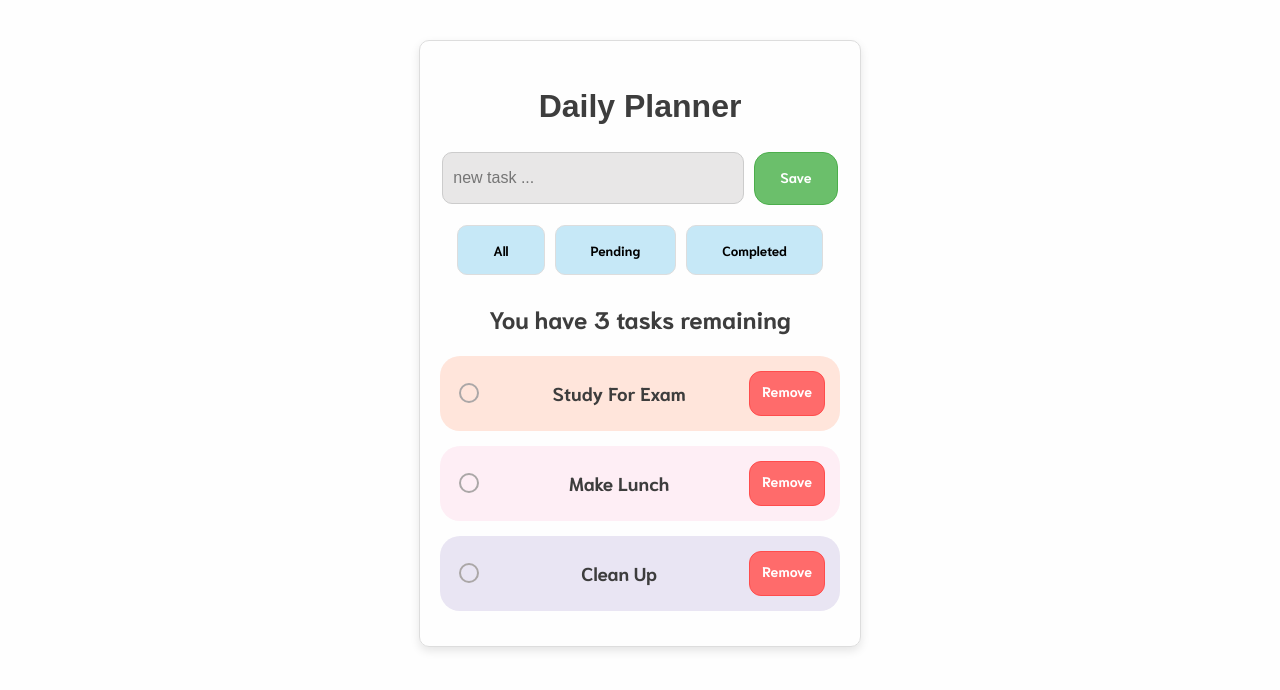
Repository: Zalida-Khan/Frontend-Lab4
Page: /
An editor plug-in stored every save of this project. The page is shown before and after a run of saves, followed by the edit.
The browser window is 1280 px wide. The pictures show the whole page.
Some web fonts or font styles are not loaded; a fallback is used. The project was rebuilt for these pictures with package versions that can differ from the ones it lists, and the page was loaded fresh each time. Also part of the build but not shown: vite.config.js.

Above is the page before, as saved 2024-10-29 23:07:31.

### index.html
<!doctype html>
<html lang="en">

<head>
  <meta charset="UTF-8" />
  <link rel="icon" type="image/svg+xml" href="/vite.svg" />
  <meta name="viewport" content="width=device-width, initial-scale=1.0" />
  <title>Daily Planner</title>
</head>

<body>
  <div id="root"></div>
  <script type="module" src="/src/main.jsx"></script>
</body>

</html>

### src/App.jsx
import "./App.css";
import React, { useState } from "react";
import Task from "./components/Task";
import TaskForm from "./components/TaskForm";

function App() {
  const [tasks, setTasks] = useState([
    { id: 1, text: "Study For Exam", completed: false },
    { id: 2, text: "Make Lunch", completed: false },
    { id: 3, text: "Clean Up", completed: false },
  ]);


  const [filter, setFilter] = useState("All");

  const addTask = (text) =>
    setTasks([...tasks, { id: Date.now(), text, completed: false }]);

  const toggleTask = (id) =>
    setTasks(
      tasks.map((task) =>
        task.id === id ? { ...task, completed: !task.completed } : task
      )
    );

  const removeTask = (id) => setTasks(tasks.filter((task) => task.id !== id));

  const handleFilterChange = (newFilter) => setFilter(newFilter);

  const filteredTasks = tasks.filter((task) => {
    if (filter === "Completed") return task.completed;
    if (filter === "Pending") return !task.completed;
    return true;
  });

  const remainingTasks = tasks.filter((task) => !task.completed).length;

  return (
    <div className="app">
      <header>
        <h1>Daily Planner</h1>
      </header>
      <TaskForm addTask={addTask} />
      <div className="filter-buttons">
        <button onClick={() => handleFilterChange("All")}>All</button>
        <button onClick={() => handleFilterChange("Pending")}>Pending</button>
        <button onClick={() => handleFilterChange("Completed")}>Completed</button>
      </div>
      <h2>
        You have {remainingTasks}{" "}
        {remainingTasks === 1 ? "task" : "tasks"} remaining
      </h2>
      <div className="task-list">
      {filteredTasks.map((task) => (
          <Task
            key={task.id}
            task={task}
            toggleTask={toggleTask}
            removeTask={removeTask}
            isDisabled={task.completed}
          />
        ))}
      </div>
    </div>
  );
}

export default App;

### src/index.css
:root {
  font-family: Inter, system-ui, Avenir, Helvetica, Arial, sans-serif;
  line-height: 1.5;
  font-weight: 400;

  color-scheme: light dark;
  color: rgba(0, 0, 0, 0.87);
  background-color: #fefefe;

  font-synthesis: none;
  text-rendering: optimizeLegibility;
  -webkit-font-smoothing: antialiased;
  -moz-osx-font-smoothing: grayscale;
}

### src/App.css
@font-face {
  font-family: "Ruska";
  src: url("../fonts/RuskaDisplay-Regular.otf") format("opentype");
  font-weight: normal;
  font-style: normal;
}

@font-face {
  font-family: "Niramit";
  src: url("../fonts/Niramit-Bold.ttf") format("truetype");
  font-weight: normal;
  font-style: normal;
}

#root {
  max-width: 1280px;
  margin: 0 auto;
  padding: 2rem;
  text-align: center;
  font-family: "Niramit", sans-serif;
  color: #3d3d3d;
}

.app {
  width: 400px;
  margin: 0 auto;
  padding: 20px;
  font-family: "Niramit", sans-serif;
  border: 1px solid #ddd;
  border-radius: 10px;
  box-shadow: 0 4px 10px rgba(0, 0, 0, 0.1);
}

h1 {
  font-family: "Ruska", sans-serif;
  font-weight: 50px;
  color: #3d3d3d;
}

.task-list {
  margin-top: 20px;
}

.task {
  display: flex;
  align-items: center;
  justify-content: space-between;
  margin-bottom: 15px;
  padding: 15px;
  border-radius: 20px;
  font-family: "Niramit", sans-serif;
}

.task:nth-child(6n+1) {
  background-color: #ffe5db;
}

.task:nth-child(6n+2) {
  background-color: #feeef5;
}

.task:nth-child(6n+3) {
  background-color: #e9e5f3;
}

.task:nth-child(6n+4) {
  background-color: #e0edf4;
}

.task:nth-child(6n+5) {
  background-color: #f0f8e6;
}

.task:nth-child(6n) {
  background-color: #fbfbef;
}

.task h3 {
  margin: 0;
  flex-grow: 1;
  text-decoration: none;
  font-family: "Niramit", sans-serif;
}

.task.completed h3 {
  text-decoration: line-through 2px solid;
}

.checkmark {
  appearance: none;
  width: 20px;
  height: 20px;
  border-radius: 50%;
  border: 2px solid #aba7a7;
  background-color: transparent;
  display: flex;
  align-items: center;
  justify-content: center;
  cursor: pointer;
  margin-right: 10px;
}

.checkmark:checked {
  background-color: #c6eada;
  border: 2px solid #198754;
}

.checkmark:checked::after {
  content: '✔️';
  color: #3d3d3d;
}

.checkmark:disabled {
  cursor: not-allowed;
  background-color: #d3d3d3;
  border-color: #d3d3d3;
}

.delete-btn {
  padding: 10px 12px;
  border-radius: 12px;
  padding-bottom: 15px;
  font-family: "Niramit", sans-serif;
  background-color: #ff6b6b;
  border: 1px solid #ff4c4c;
  color: white;
  cursor: pointer;
  font-size: 14px;
  transition: background-color 0.3s;
}

.delete-btn:hover {
  background-color: #ff4c4c;
}

.save-btn {
  padding: 15px 25px;
  border-radius: 15px;
  padding-bottom: 18px;
  background-color: #6bbf6b;
  border: 1px solid #4cae4c;
  font-family: "Niramit", sans-serif;
  color: white;
  cursor: pointer;
  font-size: 14px;
  transition: background-color 0.3s;
}

.save-btn:hover {
  background-color: #4cae4c;
}

.input-field {
  width: 70%;
  height: 30px;
  padding: 10px;
  border-radius: 10px;
  background-color: #e8e7e7;
  margin-right: 10px;
  border: 1px solid #ccc;
  font-size: 16px;
  outline: none;
  color: black;
  transition: border-color 0.3s;
}

.input-field:focus {
  border-color: #000000;
}

.filter-buttons {
  margin-top: 15px;
}

.filter-buttons button {
  padding: 15px 35px;
  border: 1px solid #ddd;
  border-radius: 10px;
  background-color: #c6e8f7;
  font-family: "Niramit", sans-serif;
  cursor: pointer;
  transition: background-color 0.3s, color 0.3s;
  margin: 5px;
}

.filter-buttons button:hover {
  background-color: #9799b5;
}

.filter-buttons .active {
  background-color: #01543e;
  color: white;
}

### src/components/Task.jsx
import React from 'react';

function Task({ task, toggleTask, removeTask, isDisabled }) {
  return (
    <div className={`task ${task.completed ? 'completed' : ''}`}>
      <label className="checkmark-label"/>
      <input className="checkmark" type="checkbox" checked={task.completed} onChange={() => toggleTask(task.id)}
      disabled={isDisabled} />
      <h3>{task.text}</h3>
      <button className="delete-btn" onClick={() => removeTask(task.id)}>Remove</button>
    </div>
  );
}

export default Task;

### src/components/TaskForm.jsx
import React, { useState } from 'react';

function TaskForm({ addTask }) {
  const [text, setText] = useState('');

  const handleSubmit = (e) => {
    e.preventDefault();
    if (text.trim()) {
      addTask(text);
      setText('');
    }
  };

  return (
    <form onSubmit={handleSubmit}>
      <input className="input-field" type="text" value={text} onChange={(e) => setText(e.target.value)} placeholder="new task ..." />
      <button className="save-btn" type="submit">Save</button>
    </form>
  );
}

export default TaskForm;

Loaded but not shown: src/main.jsx (common file)

After the next 2 saves:
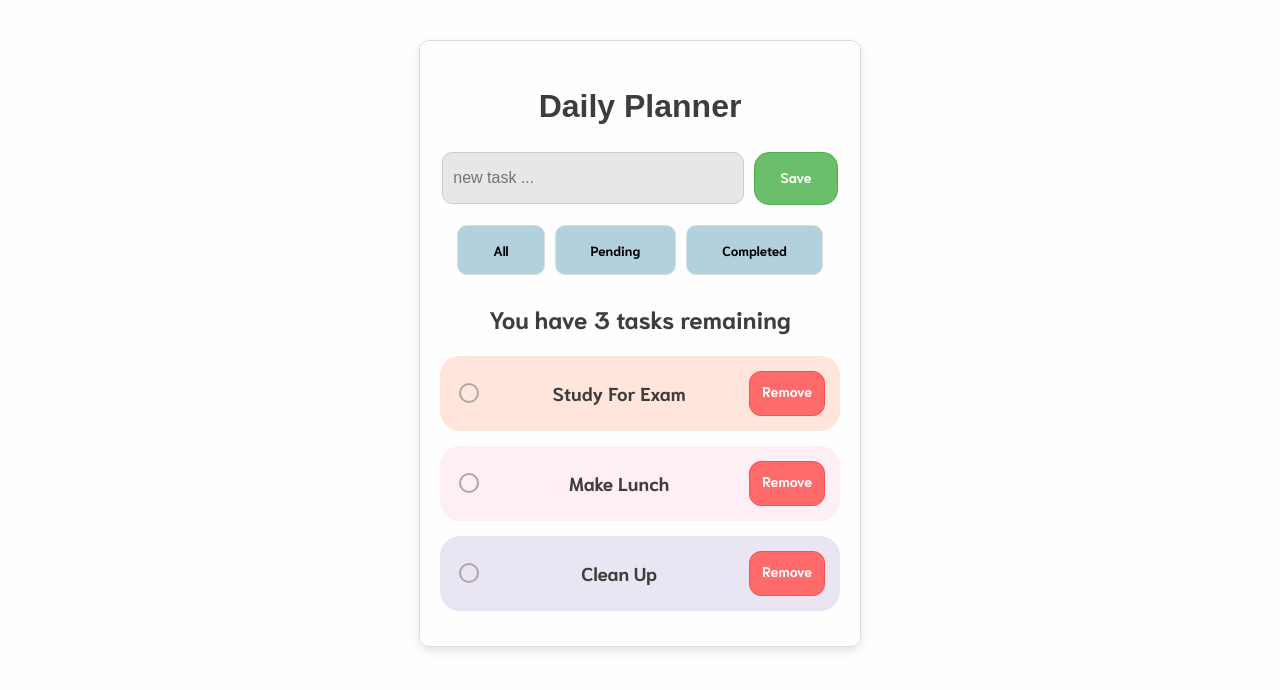
The 2 saves are shown as one change because they came seconds apart.
The last was saved 7 s later.
--- a/src/App.css
+++ b/src/App.css
@@ -176,7 +176,7 @@ h1 {
   padding: 15px 35px;
   border: 1px solid #ddd;
   border-radius: 10px;
-  background-color: #c6e8f7;
+  background-color: #b3d0dd;
   font-family: "Niramit", sans-serif;
   cursor: pointer;
   transition: background-color 0.3s, color 0.3s;
